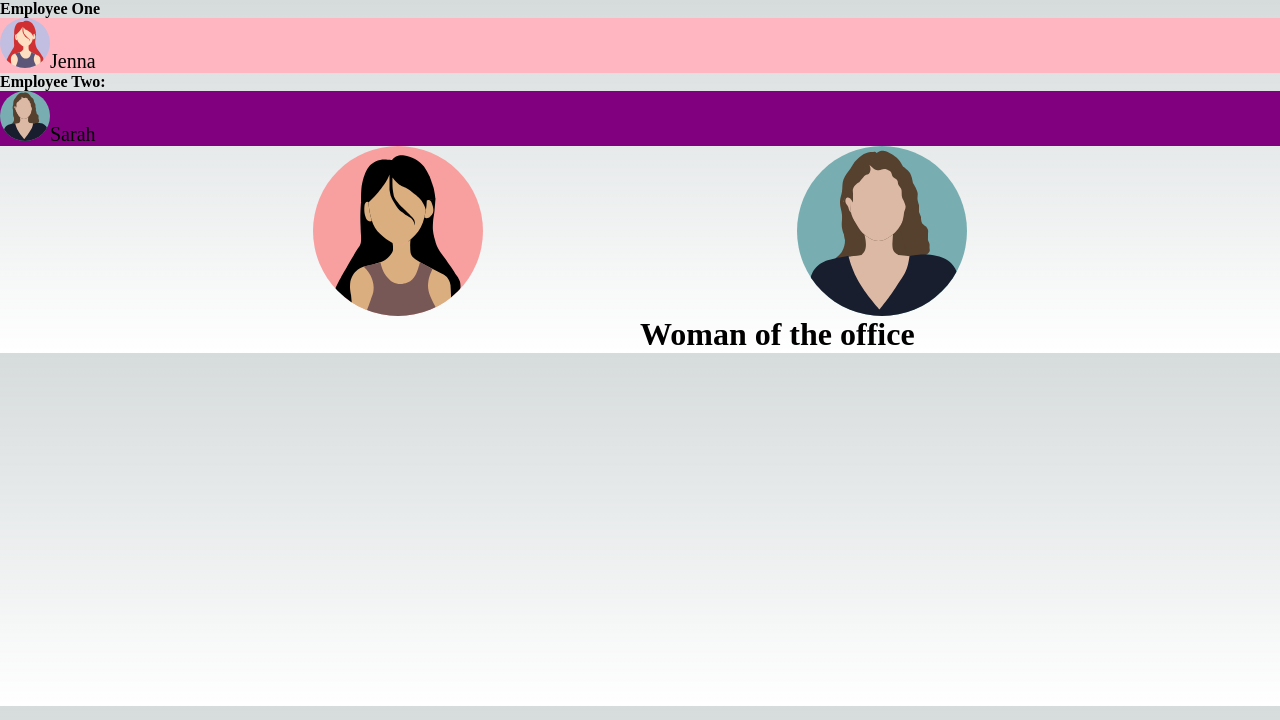
Repository: bguemos/week3example
Page: /About
The author's editor kept a copy of each file at every save. The page is drawn from the files as they stood at one save, then again after the next save.
The browser window is 1280 px wide. The pictures show the whole page.
The project was rebuilt for these pictures with package versions that can differ from the ones it lists, and the page was loaded fresh each time. The framework's server and built-in components were replaced by stand-ins that run in the browser. Also part of the build but not shown: next.config.js.

Above is the page before, as saved 2023-01-22 16:59:21.

After the next save:
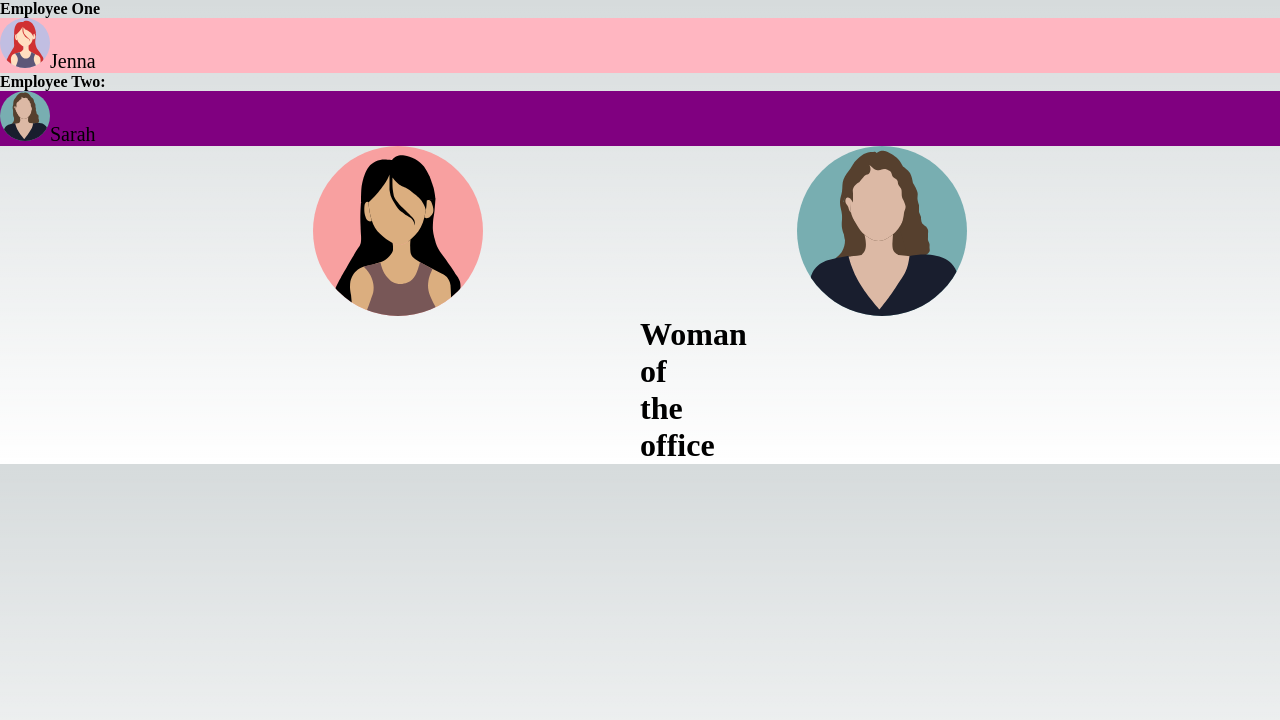
Saved 20 s later.
--- a/styles/info.module.css
+++ b/styles/info.module.css
@@ -6,4 +6,5 @@
 }
 .header{
    margin-left: 50%;
+   margin-right: 50%;
 }

After the save that followed:
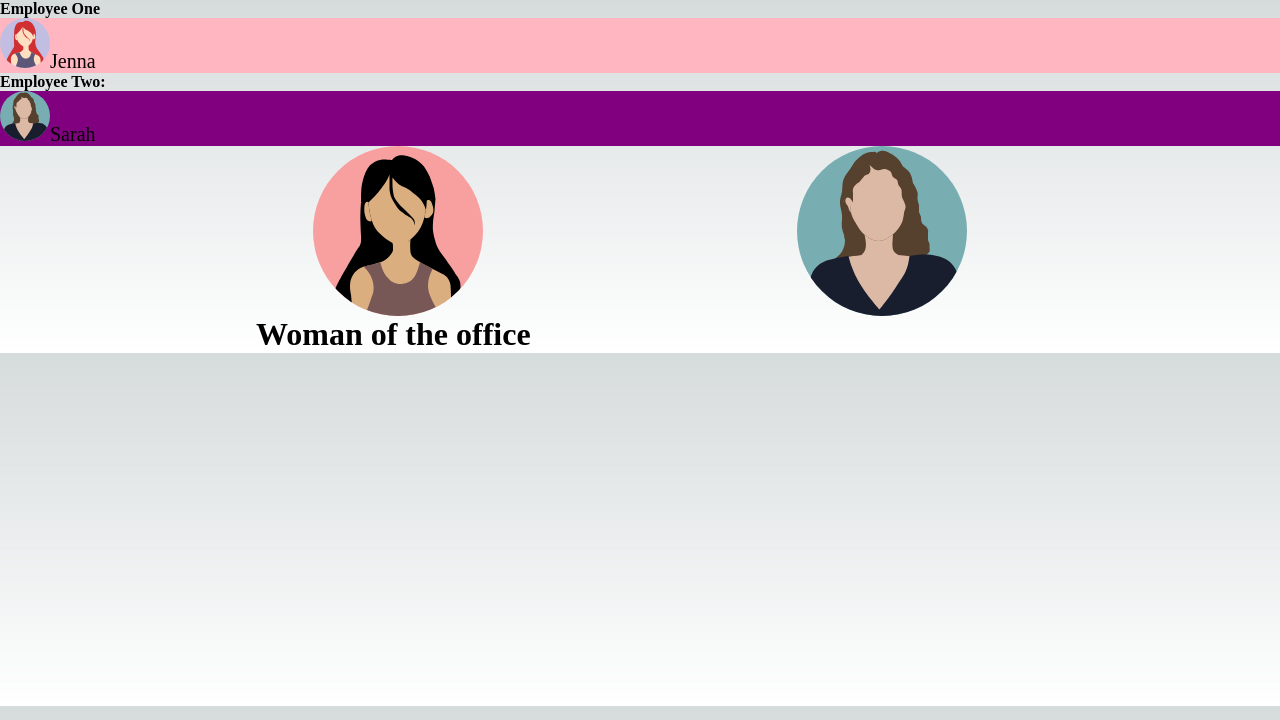
Saved 11 s later.
--- a/styles/info.module.css
+++ b/styles/info.module.css
@@ -5,6 +5,6 @@
 
 }
 .header{
-   margin-left: 50%;
-   margin-right: 50%;
+   margin-left: 20%;
+   margin-right: 20%;
 }
